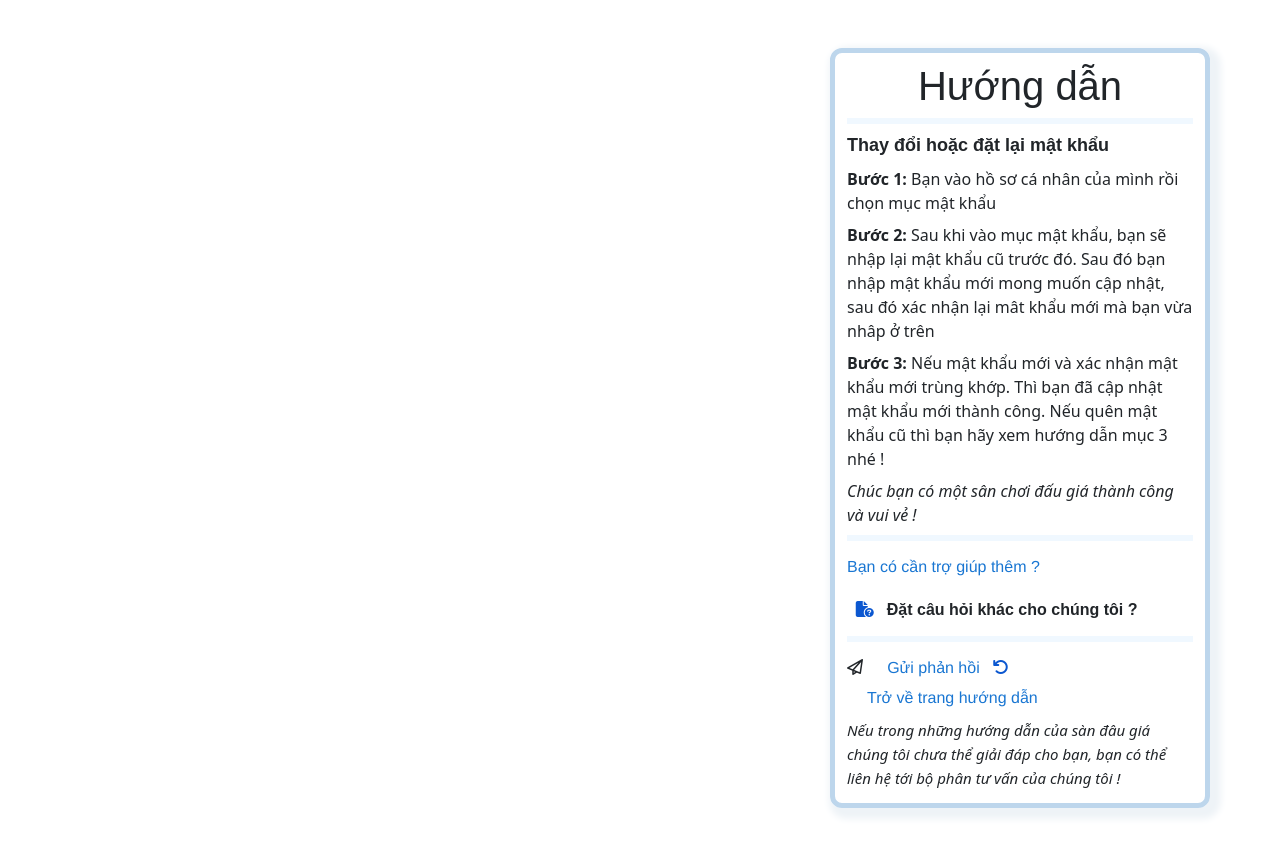
Repository: SonPhamThe/C0622G1-module5
Page: prototype--module6/guides/guide2.html
These files come from the project's save history. The page is drawn as it stood at one moment and after the next save; the edit follows.
The browser window is 1280 px wide. The pictures show the whole page.
Some web libraries are served in a nearby version.

Above is the page before, as saved 2022-12-07 15:37:35.

After the next save:
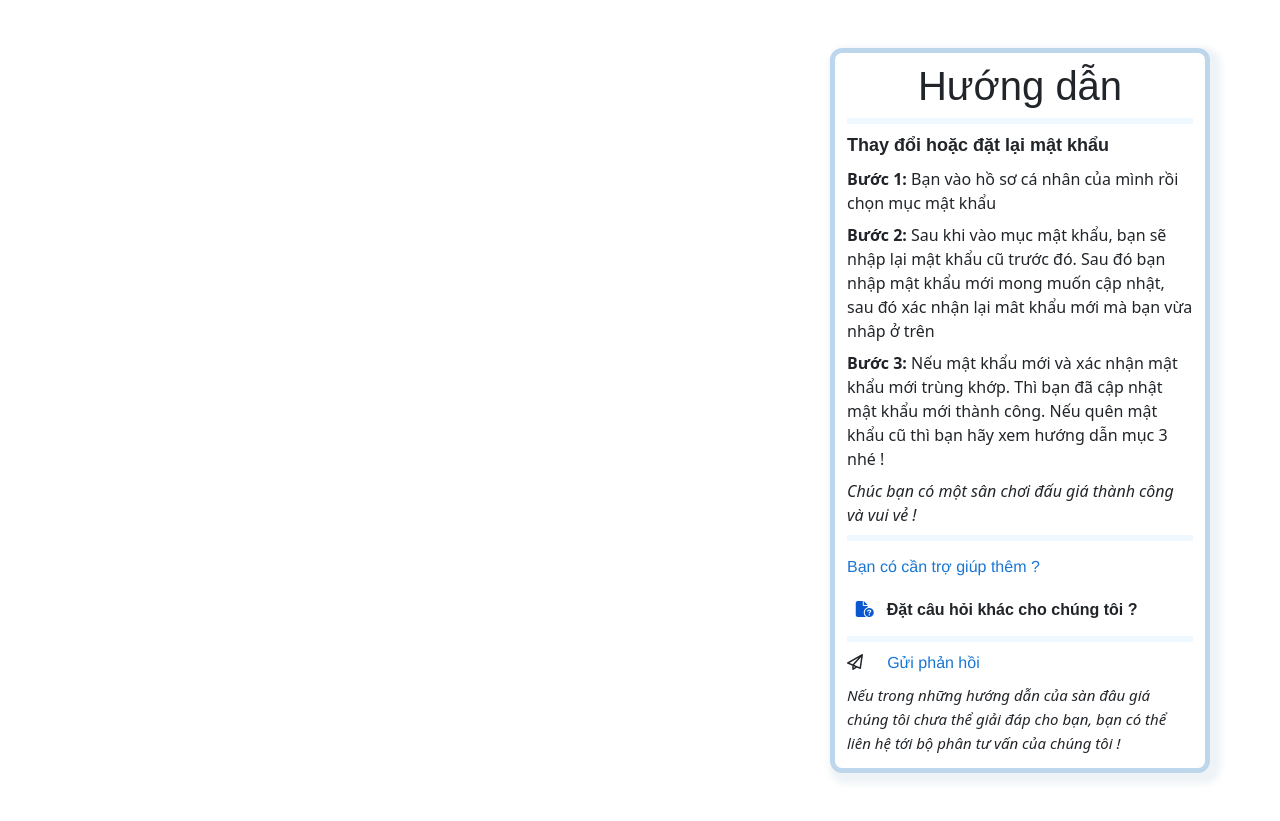
Saved 34 s later.
--- a/prototype--module6/guides/guide2.html
+++ b/prototype--module6/guides/guide2.html
@@ -118,12 +118,7 @@
                 >
                   Gửi phản hồi
                 </label>
-                <i class="fa-solid fa-arrow-rotate-left"></i>
-                <label style="
-                color: #1976d2;
-                font-family: Helvetica;
-                margin-left: 20px;
-              ">Trở về trang hướng dẫn</label>
+
               </div>
             </div>
           </form>
